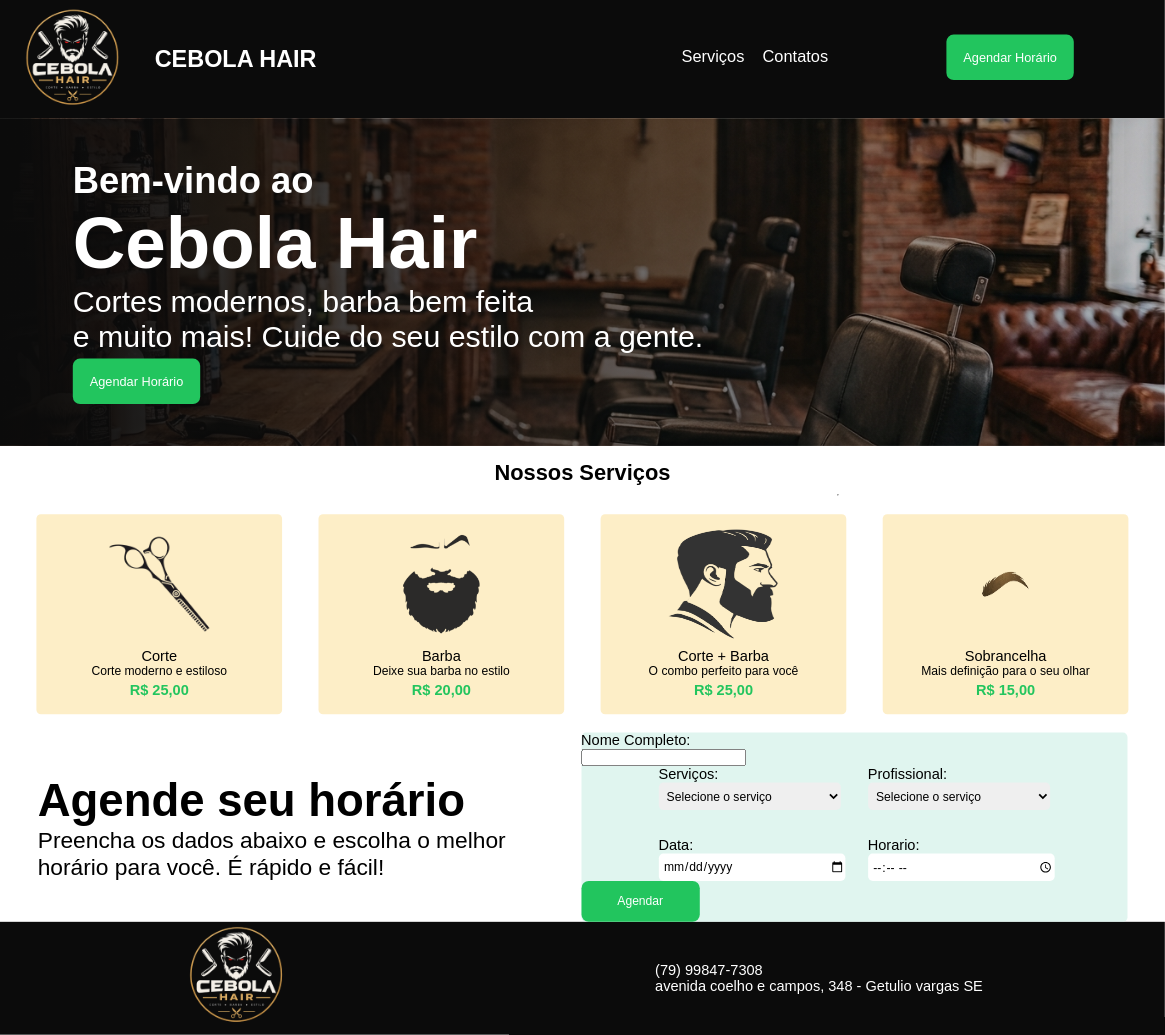
Repository: antonymsantana-design/final.activitie1
Page: index.html
The author's editor kept a copy of each file at every save. The page is drawn from the files as they stood at one save, then again after the next save.
The browser window is 1280 px wide. The pictures show the whole page, at 91% of full size.

Above is the page before, as saved 2026-09-15 19:48:32.

### index.html
<!doctype html>
<html lang="pt-br">
  <head>
    <meta charset="UTF-8" />
    <meta name="viewport" content="width=device-width, initial-scale=1.0" />
    <title>Cebola Hair</title>
    <link rel="stylesheet" href="style.css" />
    <script src="../final.activitie1/script.js" defer></script>
  </head>
  <header>
    <div class="conteudoH" id="conteudoH">
      <div class="imagem" id="imagem">
        <img
          src="image/logoC.png"
          alt="logo"
          class="logoIMG"
          id="logoIMG"
        />
        <h3 class="logoH">CEBOLA HAIR</h3>
      </div>
      <div class="direitaH">
        <div class="links" id="links">
          <a href="#" class="aLinks">Serviços</a>
          <a href="#" class="aLinks">Contatos</a>
        </div>
        <div class="btnDiv" id="btnDiv">
          <button class="btn" id="btn">
            <div class="btnTxt" id="btnTxt">
              <p>Agendar Horário</p>
            </div>
          </button>
        </div>
      </div>
    </div>
  </header>

  <body>
    <div class="conteudo">
      <div class="texto">
        <h4>Bem-vindo ao</h4>
        <h1>Cebola Hair</h1>
        <small
          >Cortes modernos, barba bem feita <br />
          e muito mais! Cuide do seu estilo com a gente.</small
        >
        <button class="btn" id="btn">
          <div class="btnTxt" id="btnTxt">
            <p>Agendar Horário</p>
          </div>
        </button>
      </div>
    </div>

    <h2 class="Our">Nossos Serviços</h2>
    <hr />

    <div class="cards">
      <div class="card">
        <img src="image/corte.webp" alt="tisora" class="icone" />
        <p>Corte</p>
        <small>Corte moderno e estiloso</small>
        <h4>R$ 25,00</h4>
      </div>
      <div class="card">
        <img src="image/barba(png).png" alt="tisora" class="icone" />
        <p>Barba</p>
        <small>Deixe sua barba no estilo</small>
        <h4>R$ 20,00</h4>
      </div>
      <div class="card">
        <img src="image/barba+corte(png).png" alt="tisora" class="icone" />
        <p>Corte + Barba</p>
        <small>O combo perfeito para você</small>
        <h4>R$ 25,00</h4>
      </div>
      <div class="card">
        <img
          src="image/Design sem nome.png"
          alt="tisora"
          class="icone"
        />
        <p>Sobrancelha</p>
        <small>Mais definição para o seu olhar</small>
        <h4>R$ 15,00</h4>
      </div>
    </div>

    <div class="agendar" id="agendar">
      <div class="esq">
        <h1>Agende seu horário</h1>
        <p>
          Preencha os dados abaixo e escolha o melhor <br />
          horário para você. É rápido e fácil!
        </p>
      </div>

      <div class="form">
        <label for="nome">Nome Completo:</label><br/>
        <input type="text" name="nome" id="nome" /><br/>

         <div class="quadrado">
        <div class="1">
          <label for="serv">Serviços:</label>
          <select name="serv" id="serv" class="formu">
            <option value="">Selecione o serviço</option>
            <option value="corte">Corte</option>
            <option value="barba">Barba</option>
            <option value="cort+barba">Corte + Barba</option>
            <option value="sobrancelha">Sobrancelha</option>
          </select>
          </div>

          <div class="2">
            <label for="prof">Profissional:</label>
            <select name="prof" id="prof" class="formu">
              <option value="">Selecione o serviço</option>
              <option value="cebola">Cebola</option>
            </select>
            </div>
            <div class="3">
              <label for="data">Data:</label> <br>
              <input type="date" name="data" id="data" class="formu"/>
            </div>
            <div class="4">
              <label for="hora">Horario:</label> <br>
              <input type="time" name="hora" id="hora" class="formu"/>
            </div>
          </div>
           <button type="button" class="agendarbtn">Agendar</button>
          </div>
      </div>
    </div>
  </body>
  <footer>
    <div class="direita">
      <img
        src="image/logoC.png"
        alt="logo"
        class="logoIMG"
        id="logoIMG"
      />
    </div>

    <div class="esquerda">
      <p>(79) 99847-7308</p>
      <p>avenida coelho e campos, 348 - Getulio vargas SE</p>
    </div>
  </footer>
</html>

### style.css
* {
    padding: 0px;
    margin: 0px;
    font-family: Arial, Helvetica, sans-serif;
}

header {
    background-color: #0B0B0B;
    height: 130px;
}

small {
    padding-bottom: 5px;
}

.conteudoH {
    display: flex;
    justify-content: space-between;
    padding-right: 100px;
    align-items: center;
}

.imagem {
    margin-left: 20px;
    margin-top: 5px;
    display: flex;
    justify-content: center;
    align-items: center;
    gap: 30px;
    font-weight: 600;
    font-size: 22px;
}

.logoIMG {
    width: 120px;
    height: 120px;
    cursor: pointer;
}

.logoH {
    color: white;

}

.links {
    display: flex;
    gap: 20px;
    justify-content: center;
    padding-right: 130px;
    font-size: 18px;
}

.links a {
    text-decoration: none;
    color: white;
    transition: 0.5s ease;
}

.aLinks:hover {
    transform: translateY(-5px);
    box-shadow: 0 4px 10px rgba(0, 0, 0, 0.15);
    background-color: #F0C56A;
    color: #F5F5F5;
    border-radius: 5px;
    width: 120px;
    height: 30px;
    display: flex;
    justify-content: center;
    align-items: center;
}

.btnDiv {
    display: flex;
}

.btn {
    display: flex;
    justify-content: center;
    width: 140px;
    height: 50px;
    background-color: #22C55E;
    border: none;
    color: white;
    align-items: center;
    border-radius: 8px;
    transition: 0.3s ease;
    cursor: pointer;
    font-size: 14px;
}

.btn:hover {
    transform: translateY(-5px);
    box-shadow: 0 8px 15px rgba(0, 0, 0, 0.4);
}

.direitaH {
    display: flex;
    justify-content: center;
    align-items: center;
}

.conteudo {
    background-image: url(image/Gemini_Generated_Image_hbetqjhbetqjhbet.jpg);
    background-repeat: no-repeat;
    background-size: cover;
    background-position: center;
    height: 50vh;
    color: white;
}

.texto {
    padding-left: 80px;
    font-size: 40px;
    display: flex;
    flex-direction: column;
    justify-content: center;
    height: 50vh;
    background: linear-gradient(to right, #0B0B0B, #15151531);

}

.card {
    background-color: #FDEEC7;
    width: 270px;
    height: 220px;
    display: flex;
    flex-direction: column;
    justify-content: center;
    align-items: center;
    border-radius: 5px;
}

.cards {
    display: flex;
    justify-content: center;
    gap: 40px;
    padding-top: 20px;
    padding-bottom: 20px;
}

.card h4 {
    color: #22C55E;
}

.icone {
    width: 120px;
    height: 120px;
    padding-bottom: 10px;
}

.Our {
    padding-top: 15px;
    text-align: center;
    padding-bottom: 10px;
}

hr {
    color: #22C55E;
    text-align: center;
    margin-left: 920px;
    margin-right: 920px;
}

.agendar{
    display: flex;
    justify-content: space-around;
    align-items: center;
}

.form{
    background-color: rgba(201, 238, 227, 0.568);
    width: 600px;
    border-radius: 5px;
}
.quadrado{
    display: grid;
    justify-content: center;
    grid-template-columns: repeat(2, 200px);
    gap: 30px;
}

.esq {
    font-size: 25px;
}

footer{
    display: flex;
    justify-content: space-around;
    align-items: center;
    background-color: #0B0B0B;
    color: white;
}

.formu{
    width: 200px;
    height: 30px;
    border-radius: 5px;
    border: none;
    padding-left: 5px;
}

.agendarbtn{
    display: flex;
    justify-content: center;
    align-items: center;
    width: 130px;
    height: 45px;
    background-color: #22C55E;
    border: none;
    color: white;
    border-radius: 8px;
    transition: 0.3s ease;
    cursor: pointer;
}

.agendarbtn:hover {
    transform: translateY(-5px);
}

Loaded but not shown: script.js (no copy from this time; the picture is the same without it)

After the next save:
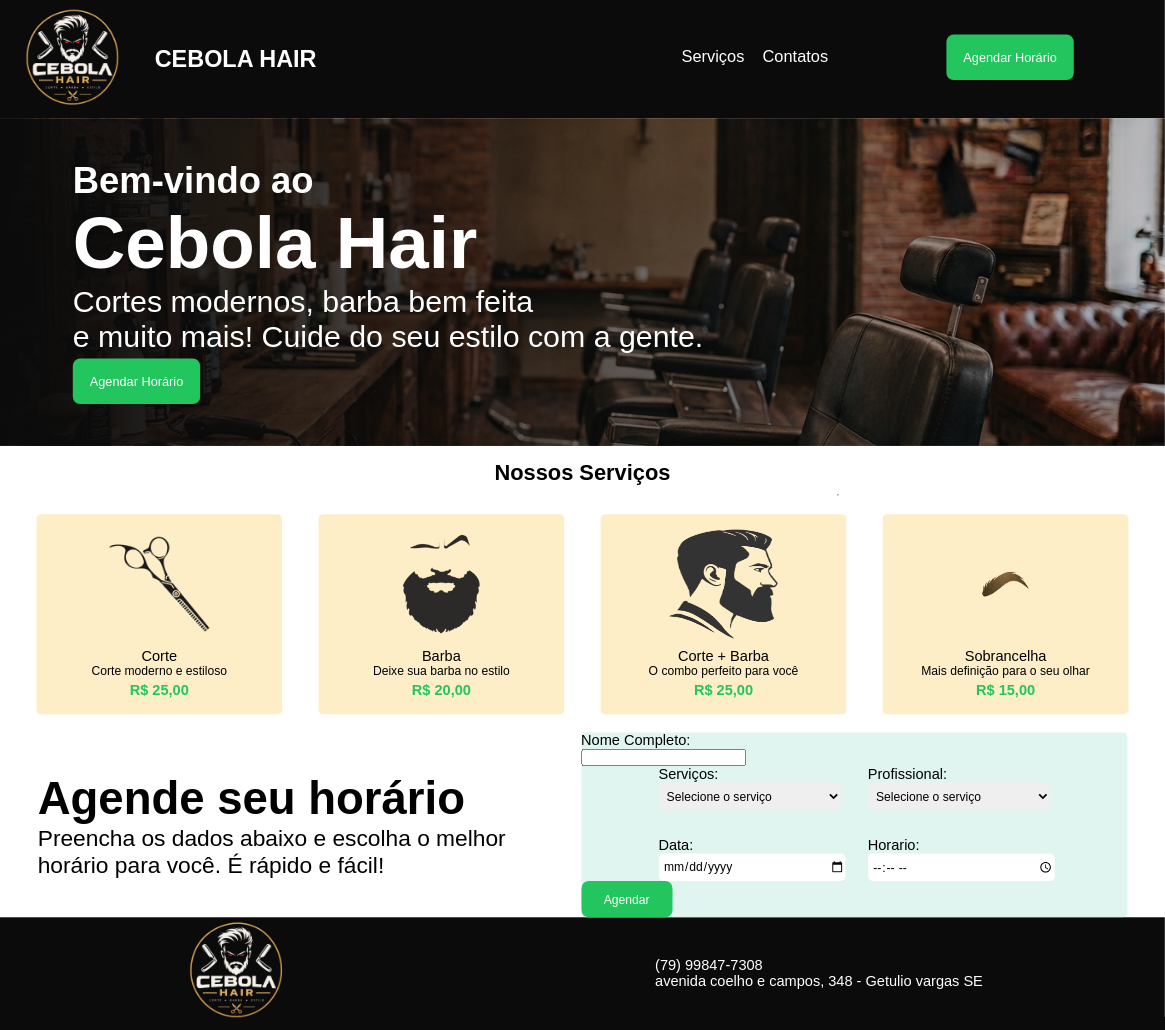
Saved 8 s later.
--- a/style.css
+++ b/style.css
@@ -203,8 +203,8 @@ footer{
     display: flex;
     justify-content: center;
     align-items: center;
-    width: 130px;
-    height: 45px;
+    width: 100px;
+    height: 40px;
     background-color: #22C55E;
     border: none;
     color: white;
